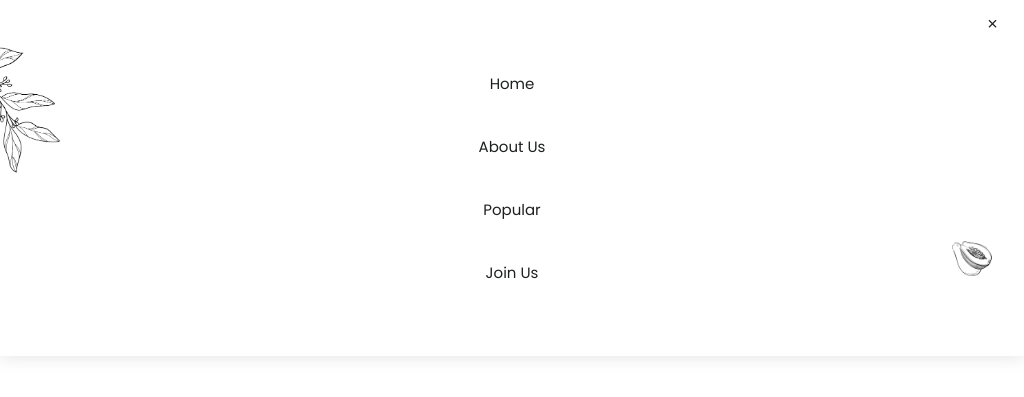
Repository: dinhhaidh/fruit
Page: index.html
An editor plug-in stored every save of this project. The page is shown before and after the next save, followed by the edit.
The browser window is 1024 px wide. The pictures show the whole page.
Some web fonts or font styles are not loaded; a fallback is used.

Above is the page before, as saved 2024-02-18 16:27:52.
Console error: ReferenceError: ScrollReveal is not defined

After the next save:
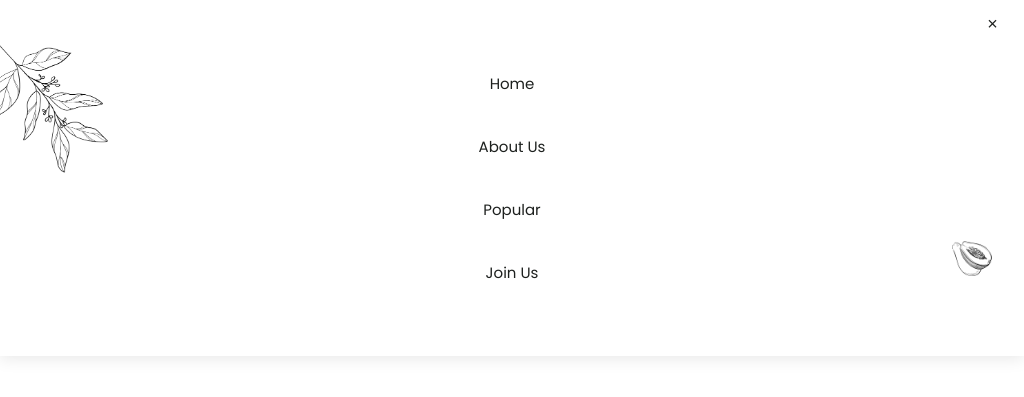
Saved 4 s later.
--- a/css/style.css
+++ b/css/style.css
@@ -216,7 +216,7 @@
         top: 0rem;
         width: 140px;
         rotate: 180deg;
-        left: -5rem;
+        left: -2rem;
     }
     .nav__img-2{
         width: 40px;
